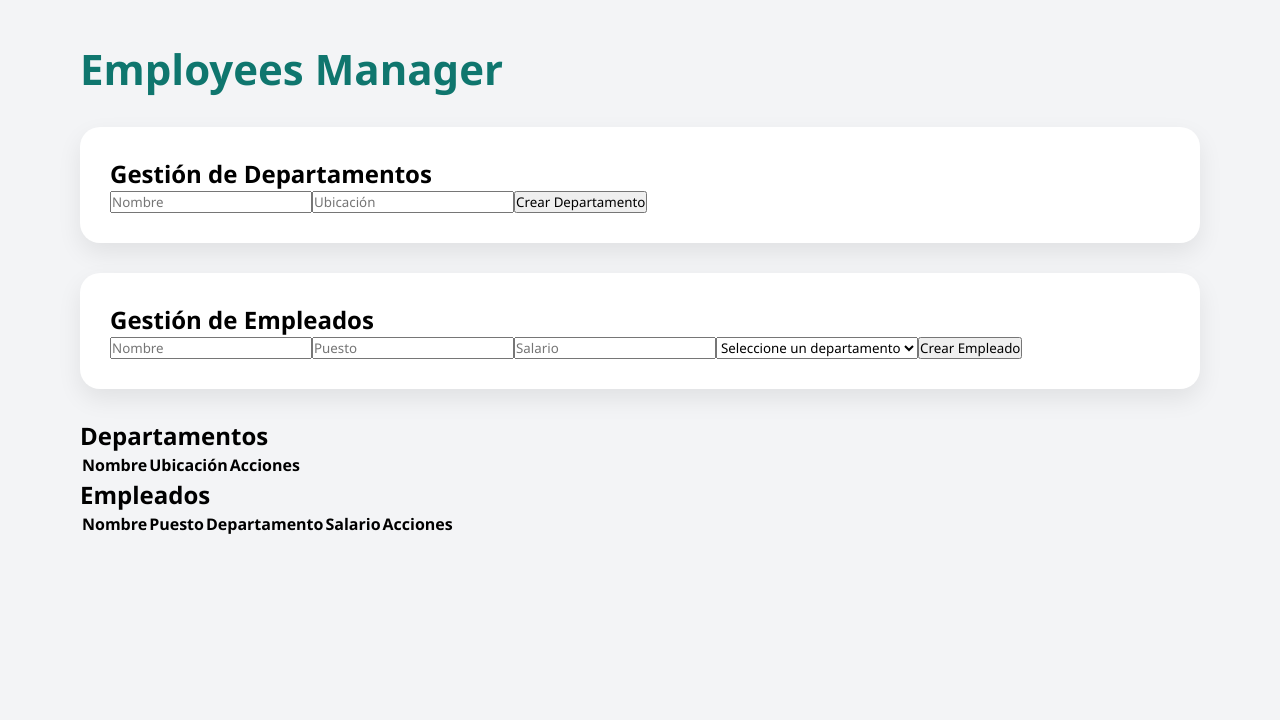
Repository: AnaSofiaRosero/parcial-4
Page: /
The author's editor kept a copy of each file at every save. The page is drawn from the files as they stood at one save, then again after a run of saves.
The browser window is 1280 px wide. The pictures show the whole page.
The project was rebuilt for these pictures with package versions that can differ from the ones it lists, and the page was loaded fresh each time. Also part of the build but not shown: vite.config.ts, src/index.css.

Above is the page before, as saved 2026-06-02 14:12:45.
Console error: TypeError: Cannot read properties of undefined (reading 'from')

### index.html
<!doctype html>
<html lang="en">
  <head>
    <meta charset="UTF-8" />
    <link rel="icon" type="image/svg+xml" href="/favicon.svg" />
    <meta name="viewport" content="width=device-width, initial-scale=1.0" />
    <title>employees-manager</title>
  </head>
  <body>
    <div id="root"></div>
    <script type="module" src="/src/main.tsx"></script>
  </body>
</html>

### src/App.tsx
import { useEffect, useState } from "react";
import { supabase } from "./supabaseClient";
import type { Departamento, Empleado } from "./types";
import "./App.css";


function App() {
  const [departamentos, setDepartamentos] = useState<Departamento[]>([]);
  const [empleados, setEmpleados] = useState<Empleado[]>([]);

  const [editandoDepartamento, setEditandoDepartamento] = useState<string | null>(null);
  const [editandoEmpleado, setEditandoEmpleado] = useState<string | null>(null);

  // Departamento
  const [nombre, setNombre] = useState("");
  const [ubicacion, setUbicacion] = useState("");

  // Empleado
  const [nombreEmpleado, setNombreEmpleado] = useState("");
  const [puesto, setPuesto] = useState("");
  const [salario, setSalario] = useState("");
  const [departamentoId, setDepartamentoId] = useState("");

  useEffect(() => {
    cargarDepartamentos();
    cargarEmpleados();
  }, []);

  const cargarDepartamentos = async () => {
    const { data, error } = await supabase
      .from("departamentos")
      .select("*");

    if (error) {
      console.log(error);
      return;
    }

    setDepartamentos(data || []);
  };

  const cargarEmpleados = async () => {
    const { data, error } = await supabase
      .from("empleados")
      .select("*");

    if (error) {
      console.log(error);
      return;
    }

    setEmpleados(data || []);
  };

  const crearDepartamento = async () => {
    if (!nombre.trim()) {
      alert("El nombre del departamento es obligatorio");
      return;
    }

    const { error } = await supabase
      .from("departamentos")
      .insert([
        {
          nombre,
          ubicacion,
        },
      ]);

    if (error) {
      console.log(error);
      return;
    }

    setNombre("");
    setUbicacion("");

    cargarDepartamentos();
  };

  const guardarDepartamento = async () => {
    if (!editandoDepartamento) return;

    const { error } = await supabase
      .from("departamentos")
      .update({
        nombre,
        ubicacion,
      })
      .eq("id", editandoDepartamento);

    if (error) {
      console.log(error);
      return;
    }

    setNombre("");
    setUbicacion("");
    setEditandoDepartamento(null);

    cargarDepartamentos();
  };

  const editarDepartamento = (departamento: Departamento) => {
    setEditandoDepartamento(departamento.id);
    setNombre(departamento.nombre);
    setUbicacion(departamento.ubicacion);
  };

  const crearEmpleado = async () => {
    if (
      !nombreEmpleado.trim() ||
      !puesto.trim() ||
      !salario ||
      !departamentoId
    ) {
      alert("Complete todos los campos");
      return;
    }

    const { error } = await supabase
      .from("empleados")
      .insert([
        {
          nombre: nombreEmpleado,
          puesto,
          salario: Number(salario),
          departamento_id: departamentoId,
        },
      ]);

    if (error) {
      console.log(error);
      return;
    }

    setNombreEmpleado("");
    setPuesto("");
    setSalario("");
    setDepartamentoId("");

    cargarEmpleados();
  };

  const guardarEmpleado = async () => {
    if (!editandoEmpleado) return;

    const { error } = await supabase
      .from("empleados")
      .update({
        nombre: nombreEmpleado,
        puesto,
        salario: Number(salario),
        departamento_id: departamentoId,
      })
      .eq("id", editandoEmpleado);

    if (error) {
      console.log(error);
      return;
    }

    setNombreEmpleado("");
    setPuesto("");
    setSalario("");
    setDepartamentoId("");
    setEditandoEmpleado(null);

    cargarEmpleados();
  };

  const editarEmpleado = (empleado: Empleado) => {
    setEditandoEmpleado(empleado.id);

    setNombreEmpleado(empleado.nombre);
    setPuesto(empleado.puesto);
    setSalario(String(empleado.salario));
    setDepartamentoId(empleado.departamento_id);
  };

  const eliminarEmpleado = async (id: string) => {
    const { error } = await supabase
      .from("empleados")
      .delete()
      .eq("id", id);

    if (error) {
      console.log(error);
      return;
    }

    cargarEmpleados();
  };

  const eliminarDepartamento = async (id: string) => {
    const { error } = await supabase
      .from("departamentos")
      .delete()
      .eq("id", id);

    if (error) {
      console.log(error);
      alert(
        "No puedes eliminar un departamento que tenga empleados asociados"
      );
      return;
    }

    cargarDepartamentos();
  };

  return (
    <div className="container">
      <h1 className="title">Employees Manager</h1>

      <div className="section">
        <h2>Gestión de Departamentos</h2>

        <div className="form">

          <input
            type="text"
            placeholder="Nombre"
            value={nombre}
            onChange={(e) => setNombre(e.target.value)}
          />

          <input
            type="text"
            placeholder="Ubicación"
            value={ubicacion}
            onChange={(e) => setUbicacion(e.target.value)}
          />

          {editandoDepartamento ? (
            <button
              className="primary-btn"
              onClick={guardarDepartamento}
            >
              Guardar Cambios
            </button>
          ) : (
            <button
              className="primary-btn"
              onClick={crearDepartamento}
            >
              Crear Departamento
            </button>
          )}

        </div>
      </div>

      <div className="section">
        <h2>Gestión de Empleados</h2>

        <div className="form">

          <input
            type="text"
            placeholder="Nombre"
            value={nombreEmpleado}
            onChange={(e) => setNombreEmpleado(e.target.value)}
          />

          <input
            type="text"
            placeholder="Puesto"
            value={puesto}
            onChange={(e) => setPuesto(e.target.value)}
          />

          <input
            type="number"
            placeholder="Salario"
            value={salario}
            onChange={(e) => setSalario(e.target.value)}
          />

          <select
            value={departamentoId}
            onChange={(e) => setDepartamentoId(e.target.value)}
          >
            <option value="">
              Seleccione un departamento
            </option>

            {departamentos.map((departamento) => (
              <option
                key={departamento.id}
                value={departamento.id}
              >
                {departamento.nombre}
              </option>
            ))}
          </select>

          {editandoEmpleado ? (
            <button
              className="primary-btn"
              onClick={guardarEmpleado}
            >
              Guardar Cambios
            </button>
          ) : (
            <button
              className="primary-btn"
              onClick={crearEmpleado}
            >
              Crear Empleado
            </button>
          )}

        </div>
      </div>

      <h2>Departamentos</h2>

      <table className="table">
        <thead>
          <tr>
            <th>Nombre</th>
            <th>Ubicación</th>
            <th>Acciones</th>
          </tr>
        </thead>

        <tbody>
          {departamentos.map((departamento) => (
            <tr key={departamento.id}>
              <td>{departamento.nombre}</td>
              <td>{departamento.ubicacion}</td>

              <td>
                <button
                  className="edit-btn"
                  onClick={() => editarDepartamento(departamento)}
                >
                  Editar
                </button>

                <button
                  className="delete-btn"
                  onClick={() => {
                    if (
                      window.confirm(
                        "¿Seguro que deseas eliminar este departamento?"
                      )
                    ) {
                      eliminarDepartamento(departamento.id);
                    }
                  }}
                >
                  Eliminar
                </button>
              </td>
            </tr>
          ))}
        </tbody>
      </table>

      <h2>Empleados</h2>

      <table className="table">
        <thead>
          <tr>
            <th>Nombre</th>
            <th>Puesto</th>
            <th>Departamento</th>
            <th>Salario</th>
            <th>Acciones</th>
          </tr>
        </thead>

        <tbody>
          {empleados.map((empleado) => {
            const departamento = departamentos.find(
              (d) => d.id === empleado.departamento_id
            );

            return (
              <tr key={empleado.id}>
                <td>{empleado.nombre}</td>

                <td>{empleado.puesto}</td>

                <td>
                  {departamento?.nombre ||
                    "Sin departamento"}
                </td>

                <td>
                  $
                  {empleado.salario.toLocaleString()}
                </td>

                <td>
                  <button
                    className="edit-btn"
                    onClick={() =>
                      editarEmpleado(empleado)
                    }
                  >
                    Editar
                  </button>

                  <button
                    className="delete-btn"
                    onClick={() => {
                      if (
                        window.confirm(
                          "¿Seguro que deseas eliminar este empleado?"
                        )
                      ) {
                        eliminarEmpleado(
                          empleado.id
                        );
                      }
                    }}
                  >
                    Eliminar
                  </button>
                </td>
              </tr>
            );
          })}
        </tbody>
      </table>
    </div>
  );
}
export default App;

### src/App.css
*{
  margin:0;
  padding:0;
  box-sizing:border-box;
  font-family:'Segoe UI', Tahoma, Geneva, Verdana, sans-serif;
}

body{
  background:#f3f4f6;
}

#root{
  min-height:100vh;
}

.container{
  max-width:1200px;
  margin:auto;
  padding:40px;
}

.title{
  color:#0f766e;
  font-size:42px;
  margin-bottom:30px;
}

.section{
  background:white;
  padding:30px;
  border-radius:20px;
  box-shadow:0 10px 25px rgba(0,0,0,.08);
  margin-bottom:30px;
}

.section h2{
h2{
  margin:40px 0 20px;
  color:#0f766e;
}

.form{
  display:flex;
  flex-wrap:wrap;
  gap:15px;
}

.form input,
.form select{
  flex:1;
  min-width:220px;
  padding:12px;
  border:1px solid #d1d5db;
  border-radius:10px;
  outline:none;
  font-size:15px;
}

.form input:focus,
.form select:focus{
  border-color:#14b8a6;
}

.primary-btn{
  background:#14b8a6;
  color:white;
  border:none;
  border-radius:10px;
  padding:12px 25px;
  cursor:pointer;
  font-weight:600;
  transition:.3s;
}

.primary-btn:hover{
  background:#0f766e;
}

.table-container{
  background:white;
  border-radius:20px;
  overflow:hidden;
  box-shadow:0 10px 25px rgba(0,0,0,.08);
}

table{
  width:100%;
  border-collapse:collapse;
}

thead{
  background:#ecfeff;
}

th{
  padding:15px;
  text-align:left;
  color:#0f766e;
}

td{
  padding:15px;
  border-top:1px solid #e5e7eb;
}

.action-buttons{
  display:flex;
  gap:10px;
}

.edit-btn{
  background:#06b6d4;
  color:white;
  border:none;
  padding:8px 14px;
  border-radius:8px;
  cursor:pointer;
}

.delete-btn{
  background:#ef4444;
  color:white;
  border:none;
  padding:8px 14px;
  border-radius:8px;
  cursor:pointer;
}

.edit-btn:hover{
  background:#0891b2;
}

.delete-btn:hover{
  background:#dc2626;
}

.edit-btn,
.delete-btn{
  border:none;
  padding:10px 18px;
  border-radius:8px;
  cursor:pointer;
  color:white;
  font-weight:600;
  transition:.2s;
}

.edit-btn{
  background:#06b6d4;
}

.edit-btn:hover{
  transform:translateY(-2px);
}

.delete-btn{
  background:#ef4444;
}

.delete-btn:hover{
  transform:translateY(-2px);
}

.home{
  min-height:100vh;
  display:flex;
  flex-direction:column;
  justify-content:center;
  align-items:center;
  background:#f3f4f6;
}

.home-title{
  font-size:48px;
  color:#0f766e;
  margin-bottom:60px;
}

.cards{
  display:flex;
  gap:40px;
}

.card{
  width:300px;
  height:220px;
  background:white;
  border-radius:25px;
  box-shadow:0 15px 35px rgba(0,0,0,.1);

  display:flex;
  flex-direction:column;
  justify-content:center;
  align-items:center;

  cursor:pointer;
  transition:.3s;
}

.card:hover{
  transform:translateY(-10px);
}

.card span{
  font-size:70px;
  margin-bottom:20px;
}

.card h2{
  color:#0f766e;
}

.back-btn{
  background:#0f766e;
  color:white;
  border:none;
  padding:10px 20px;
  border-radius:10px;
  cursor:pointer;
  margin-bottom:20px;
}

.modal-overlay{
  position:fixed;
  inset:0;
  background:rgba(0,0,0,.5);

  display:flex;
  justify-content:center;
  align-items:center;

  z-index:999;
}

.modal{
  background:white;
  width:500px;
  padding:30px;
  border-radius:20px;
  box-shadow:0 15px 30px rgba(0,0,0,.2);
}

.modal h2{
  color:#0f766e;
  margin-bottom:20px;
}

.modal-buttons{
  display:flex;
  justify-content:flex-end;
  gap:15px;
  margin-top:20px;
}

.cancel-btn{
  background:#d1d5db;
  border:none;
  padding:10px 20px;
  border-radius:10px;
  cursor:pointer;
}

.save-btn{
  background:#14b8a6;
  color:white;
  border:none;
  padding:10px 20px;
  border-radius:10px;
  cursor:pointer;
}

.table{
  width:100%;
  border-collapse:collapse;
  background:white;
  border-radius:15px;
  overflow:hidden;
  box-shadow:0 8px 20px rgba(0,0,0,.08);
}

.table th{
  background:#f3f4f6;
  padding:16px;
  text-align:left;
  color:#374151;
}

.table td{
  padding:16px;
  border-top:1px solid #e5e7eb;
}

.table tr:hover{
  background:#f9fafb;
}

.table td:last-child,
.table th:last-child{
  width: 250px;
  text-align: center;
}

.table td:last-child{
  display:flex;
  justify-content:center;
  gap:12px;
}

Loaded but not shown: src/main.tsx (common file); src/supabaseClient.ts (no stored copy; drawn as an empty file)

After the next 3 saves:
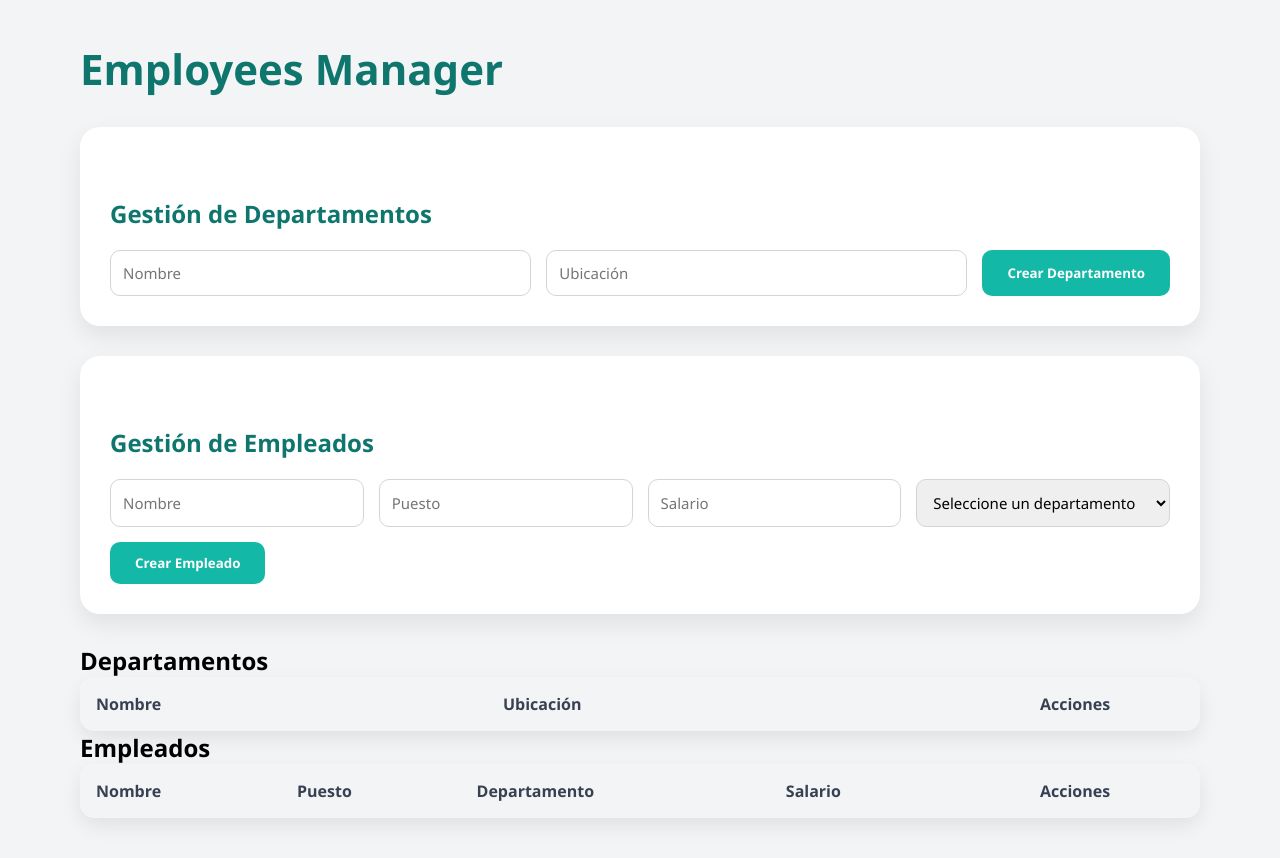
The 3 saves are shown as one change because they came seconds apart.
The last was saved 14 s later.
--- a/src/App.css
+++ b/src/App.css
@@ -34,7 +34,6 @@ body{
 }
 
 .section h2{
-h2{
   margin:40px 0 20px;
   color:#0f766e;
 }
